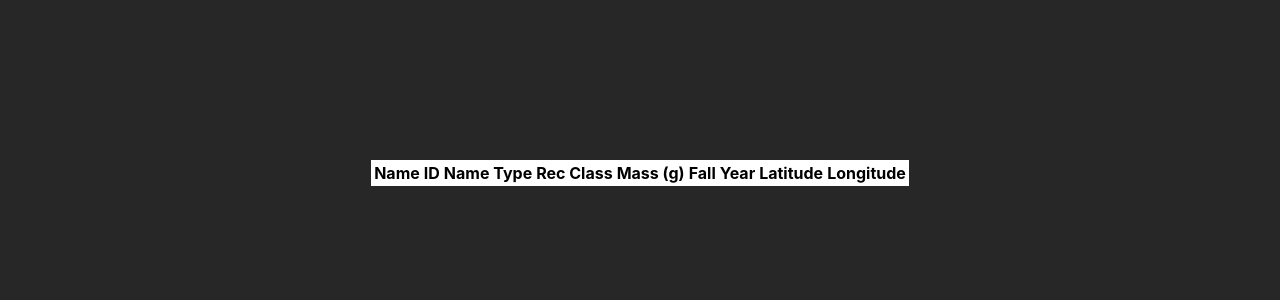
Repository: Tsardines/meteorite-explorer
Page: / (app in meteorite-explorer/)
An editor plug-in stored every save of this project. The page is shown before and after a run of saves, followed by the edit.
The browser window is 1280 px wide. The pictures show the whole page.
The page's requests for data from a server got no answer. The project was rebuilt for these pictures with package versions that can differ from the ones it lists, and the page was loaded fresh each time. No one was signed in, and anything a server would have sent is missing.

Above is the page before, as saved 2019-05-27 16:38:54.

### meteorite-explorer/src/App.js
import React, { Component } from 'react';
import './App.css';

// import { BootstrapTable, TableHeaderColumn } from 'react-bootstrap-table';
// import 'react-bootstrap-table-next/dist/react-bootstrap-table2.min.css';

// import Table from 'react-bootstrap/Table';

class App extends Component {
  constructor(props) {
    super(props);

  this.state = {
    items: []
  };
  this.componentWillMount = this.componentWillMount.bind(this);
}

componentWillMount() {
  fetch('https://data.nasa.gov/resource/gh4g-9sfh.json')
  .then(res => res.json())
  .then(data => {
    this.setState({ items: data });
  });
}


  render() {

    const { items } = this.state;

    return (

      <div className="wrapper">
        <table className="my-table">
          <thead>
            <th>Name</th>
            <th>ID</th>
            <th>Name Type</th>
            <th>Rec Class</th>
            <th>Mass (g)</th>
            <th>Fall</th>
            <th>Year</th>
            <th>Latitude</th>
            <th>Longitude</th>
          </thead>

          <tbody>
          { items.map((item, num) => {
            return (
              <tr>
                <td><p key={num}>{item.name}</p></td>
                <td><p key={num}>{item.id}</p></td>
                <td><p key={num}>{item.nametype}</p></td>
                <td><p key={num}>{item.recclass}</p></td>
                <td><p key={num}>{item.mass}</p></td>
                <td><p key={num}>{item.fall}</p></td>
                <td><p key={num}>{item.year}</p></td>
                <td><p key={num}>{item.reclat}</p></td>
                <td><p key={num}>{item.reclong}</p></td>
              </tr>
            )
          })}
          </tbody>
        </table>
      </div>
    )
  } // render

}

export default App;

### meteorite-explorer/src/App.css
body {
  background-color: rgb(39, 39, 39);
}

.wrapper {
  /* background-color: aqua; */
  height: 35rem;
  overflow-y: scroll;
}

.my-table {
  background-color: white;
  margin: 10rem auto;
}

.my-table tr:nth-child(odd):hover {
  background-color: rgb(143, 143, 143);
}

/* .theader th {
  padding-right: 1rem;
} */

/* .table-main {
  background-color: bisque;
}

.table-main:nth-child(even) {
  background-color: aquamarine;
} */

Loaded but not shown: meteorite-explorer/public/index.html (common file); meteorite-explorer/src/index.js (common file); meteorite-explorer/src/index.css (common file); meteorite-explorer/src/serviceWorker.js (common file)

After the next 2 saves:
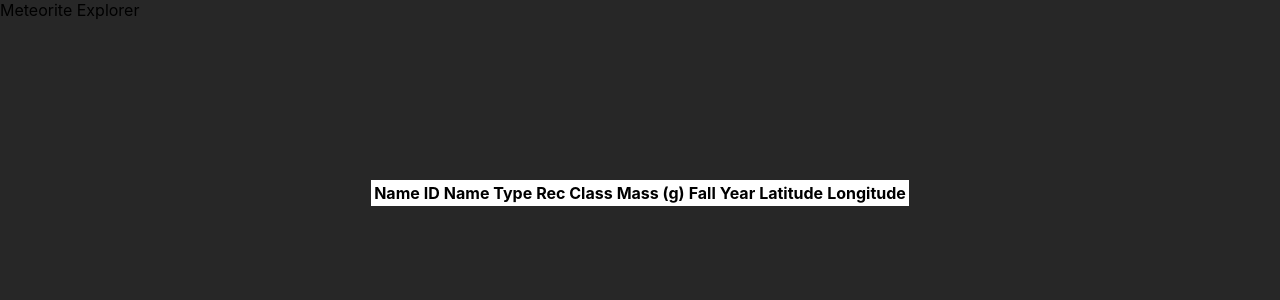
The 2 saves are shown as one change because 1 did not build or start.
The last was saved 75 s later.
--- a/meteorite-explorer/src/App.js
+++ b/meteorite-explorer/src/App.js
@@ -31,7 +31,9 @@ componentWillMount() {
 
     return (
 
+
       <div className="wrapper">
+      <div className="header">Meteorite Explorer</div>
         <table className="my-table">
           <thead>
             <th>Name</th>
